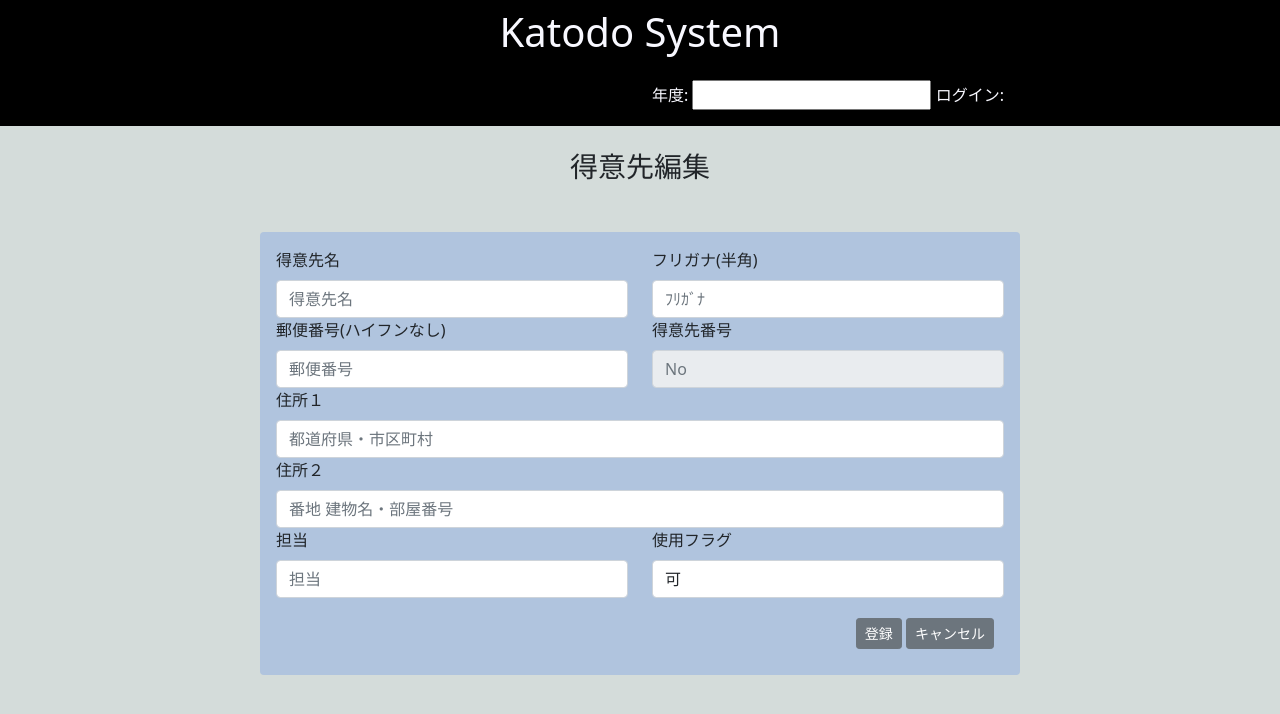
Repository: naokl331/spring
Page: http://localhost/editCustomer
The author's editor kept a copy of each file at every save. The page is drawn from the files as they stood at one save, then again after the next save.
The browser window is 1280 px wide. The pictures show the whole page.
The page is this project's Thymeleaf template; nobody is signed in. The template is opened directly, without the code that normally fills it, so the values that code supplies are empty.

Above is the page before, as saved 2023-06-07 04:50:11.

After the next save:
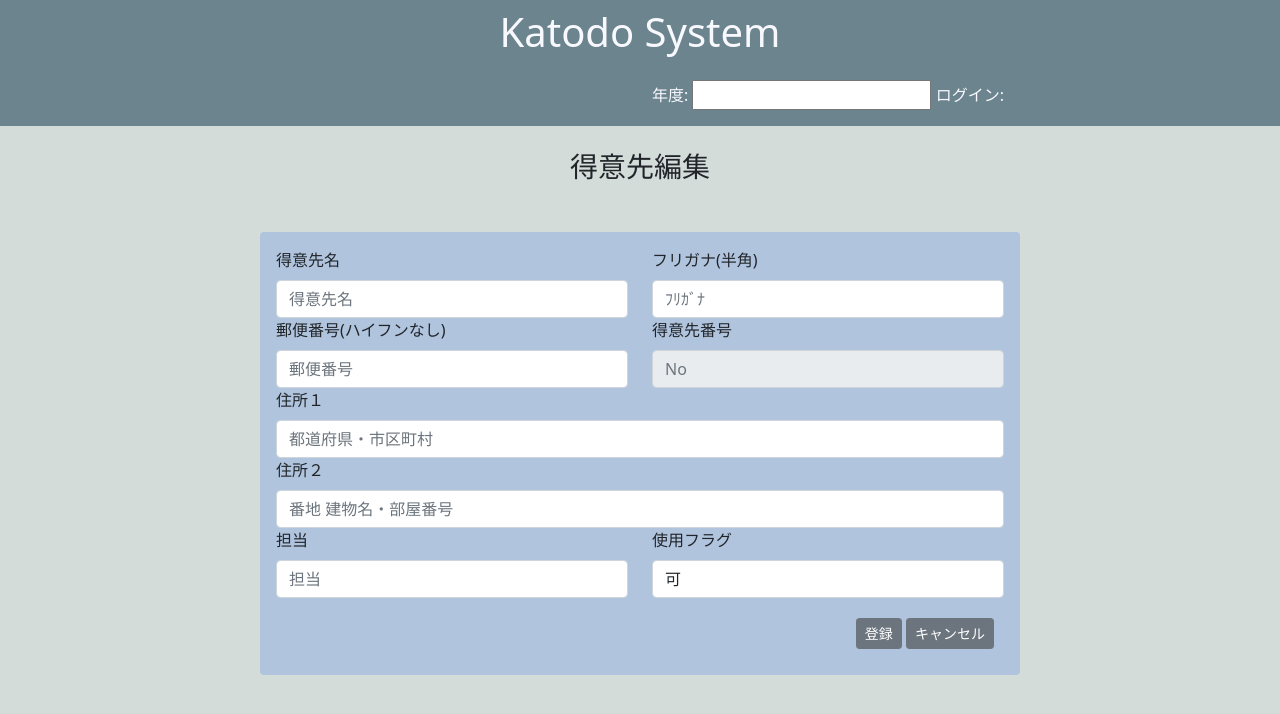
Saved 80 s later.
--- a/katodo/src/main/resources/templates/header2.html
+++ b/katodo/src/main/resources/templates/header2.html
@@ -5,7 +5,7 @@
 <title>header</title>
 <link rel="stylesheet" href="css/bootstrap.css">
 <style>
-	.header{background-color: black; color: ghostwhite;}
+	.header{background-color: #6c848d; color: ghostwhite;}
 	body{background-color: #d4dcda;}
 </style>
 </head>
